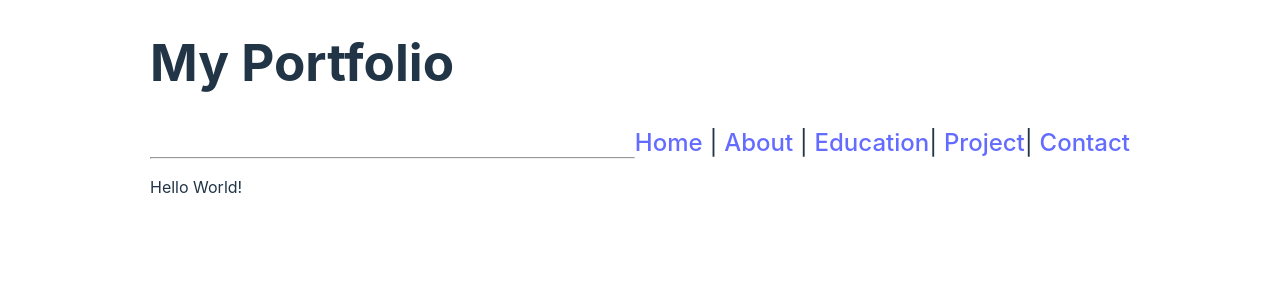
Repository: Eddie000321/portfolio
Page: / (app in client/)
An editor plug-in stored every save of this project. The page is shown before and after the next save, followed by the edit.
The browser window is 1280 px wide. The pictures show the whole page.
The project was rebuilt for these pictures with package versions that can differ from the ones it lists, and the page was loaded fresh each time. Also part of the build but not shown: client/vite.config.js, client/src/about.jsx, client/src/contact.jsx, client/src/education.jsx, client/src/project.jsx.

Above is the page before, as saved 2025-05-10 09:34:35.

### client/src/index.css
:root {
  font-family: Inter, system-ui, Avenir, Helvetica, Arial, sans-serif;
  line-height: 1.5;
  font-weight: 400;
  color-scheme: light dark;
  color: rgba(255, 255, 255, 0.87);
  background-color: #242424;
  font-synthesis: none;
  text-rendering: optimizeLegibility;
  -webkit-font-smoothing: antialiased;
  -moz-osx-font-smoothing: grayscale;
}

a {
  font-weight: 500;
  color: #646cff;
  text-decoration: inherit;
}

a:hover {
  color: #535bf2;
}

body {
  margin: auto;
  width: 980px;
}

h1 {
  font-size: 3.2em;
  line-height: 1.1;
}

button {
  border-radius: 8px;
  border: 1px solid transparent;
  padding: 0.6em 1.2em;
  font-size: 1em;
  font-weight: 500;
  font-family: inherit;
  background-color: #1a1a1a;
  cursor: pointer;
  transition: border-color 0.25s;
}

button:hover {
  border-color: #646cff;
}

button:focus,
button:focus-visible {
  outline: 4px auto -webkit-focus-ring-color;
}

@media (prefers-color-scheme: light) {
  :root {
    color: #213547;
    background-color: #ffffff;
  }

  a:hover {
    color: #747bff;
  }

  button {
    background-color: #f9f9f9;
  }
}

nav {
  float: right;
  font-size: x-large;
}

### client/src/App.jsx
import React from "react";
import { BrowserRouter as Router } from "react-router-dom";
import MainRouter from "../MainRouter";

const App = () => {
  return (
    <Router>
      <MainRouter />
    </Router>
  );
};

export default App;

### client/MainRouter.jsx
import React from "react";
import { Route, Routes } from "react-router-dom";
import Home from "./components/Home";
import About from "./src/about";
import Contact from "./src/contact";
import Education from "./src/education";
import Project from "./src/project";
import Layout from "./components/Layout";

const MainRouter = () => {
  return (
    <div>
      <Layout />
      <Routes>
        <Route exact path="/" element={<Home />} />
        <Route exact path="/about" element={<About />} />
        <Route exact path="/education" element={<Education />} />
        <Route exact path="/project" element={<Project />} />
        <Route exact path="/contact" element={<Contact />} />
      </Routes>
    </div>
  );
};
export default MainRouter;

### client/components/Home.jsx
export default function Home() {
  return <p>Hello World!</p>;
}

### client/components/Layout.jsx
import React from 'react';
import { Link } from 'react-router-dom';

export default function Layout() {
  return (
    <>
      <h1>My Portfolio</h1>
      <nav>
        <Link to="/">Home</Link> | <Link to="/about">About</Link> | <Link to="/education">Education</Link>| <Link to="/project">Project</Link>| <Link to="/contact">Contact</Link>
      </nav>
         <br/>
      <hr />

    </>

  );
}

Loaded but not shown: client/index.html (common file); client/src/main.jsx (common file)

After the next save:
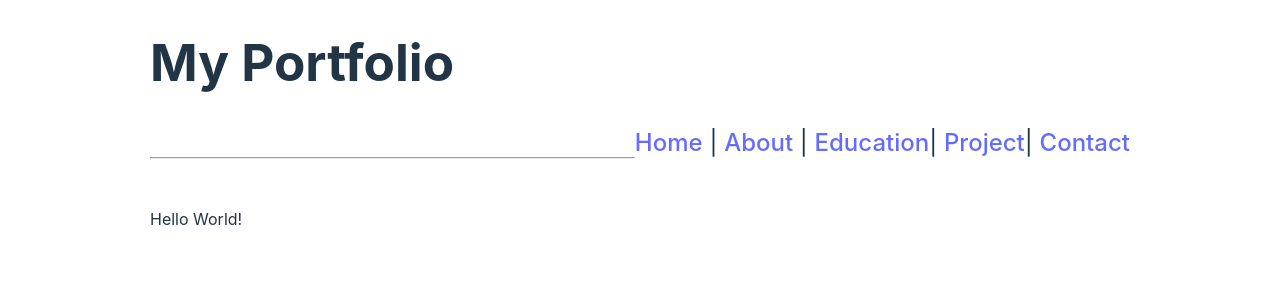
Saved 13 s later.
--- a/client/components/Layout.jsx
+++ b/client/components/Layout.jsx
@@ -1,17 +1,17 @@
-import React from 'react';
-import { Link } from 'react-router-dom';
-
+import React from "react";
+import { Link } from "react-router-dom";
 export default function Layout() {
   return (
     <>
-      <h1>My Portfolio</h1>
+            <h1>My Portfolio</h1>     {" "}
       <nav>
-        <Link to="/">Home</Link> | <Link to="/about">About</Link> | <Link to="/education">Education</Link>| <Link to="/project">Project</Link>| <Link to="/contact">Contact</Link>
+                <Link to="/">Home</Link> | <Link to="/about">About</Link> |{" "}
+        <Link to="/education">Education</Link>|{" "}
+        <Link to="/project">Project</Link>| <Link to="/contact">Contact</Link>
+           {" "}
       </nav>
-         <br/>
-      <hr />
-
+               <br />
+            <hr />         {" "}
     </>
-
   );
 }
